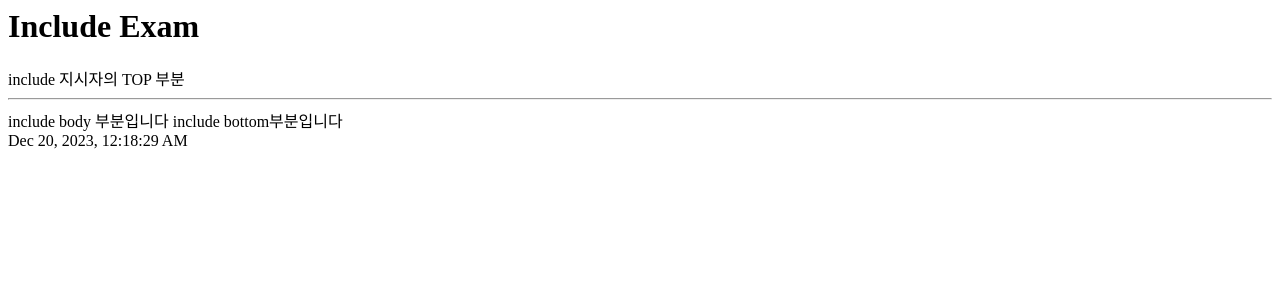
Repository: kimwoongasd/JSPAndServlet
Page: http://localhost/day1221/08_directive.jsp
An editor plug-in stored every save of this project. The page is shown before and after the next save, followed by the edit.
The browser window is 1280 px wide. The pictures show the whole page.
The page is served by Tomcat 9. Other server files are loaded and not shown.

Above is the page before, as saved 2023-12-21 01:44:19.

### day1221/src/main/webapp/08_directive.jsp
 <%@ page language="java" contentType="text/html; charset=UTF-8"
    pageEncoding="UTF-8"%>


<h1>Include Exam</h1>
<%@ include file="top.jsp" %>
include body 부분입니다
<%@ include file="bottom.jsp" %>

### day1221/src/main/webapp/top.jsp
<%@ page language="java" contentType="text/html; charset=UTF-8"
    pageEncoding="UTF-8"%>
<!DOCTYPE html>
<html>
<head>
<meta charset="UTF-8">
<title>Insert title here</title>
</head>
<body>

include 지시자의 TOP 부분
<hr>

### day1221/src/main/webapp/bottom.jsp
<%@page import="java.util.Date"%>
<%@ page language="java" contentType="text/html; charset=UTF-8"
    pageEncoding="UTF-8"%>

<%
	Date date = new Date();
%>
include bottom부분입니다<br>
<%=date.toLocaleString() %>
</body>
</html>

After the next save:
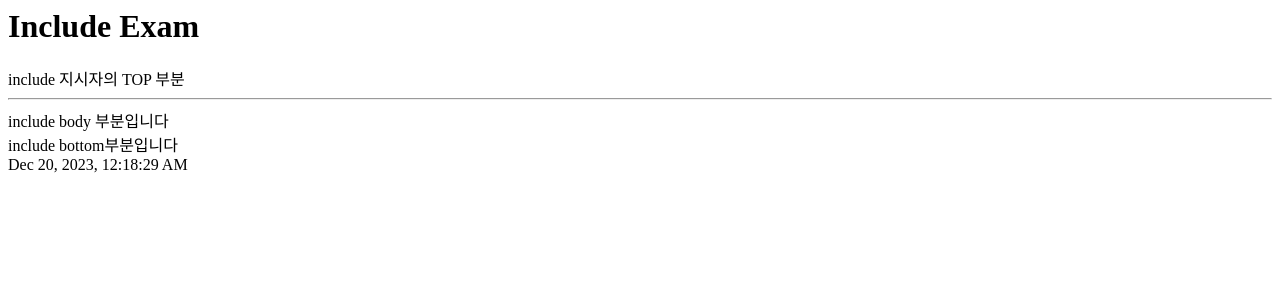
Saved 33 s later.
--- a/day1221/src/main/webapp/08_directive.jsp
+++ b/day1221/src/main/webapp/08_directive.jsp
@@ -4,5 +4,5 @@
 
 <h1>Include Exam</h1>
 <%@ include file="top.jsp" %>
-include body 부분입니다
+include body 부분입니다<br>
 <%@ include file="bottom.jsp" %>
